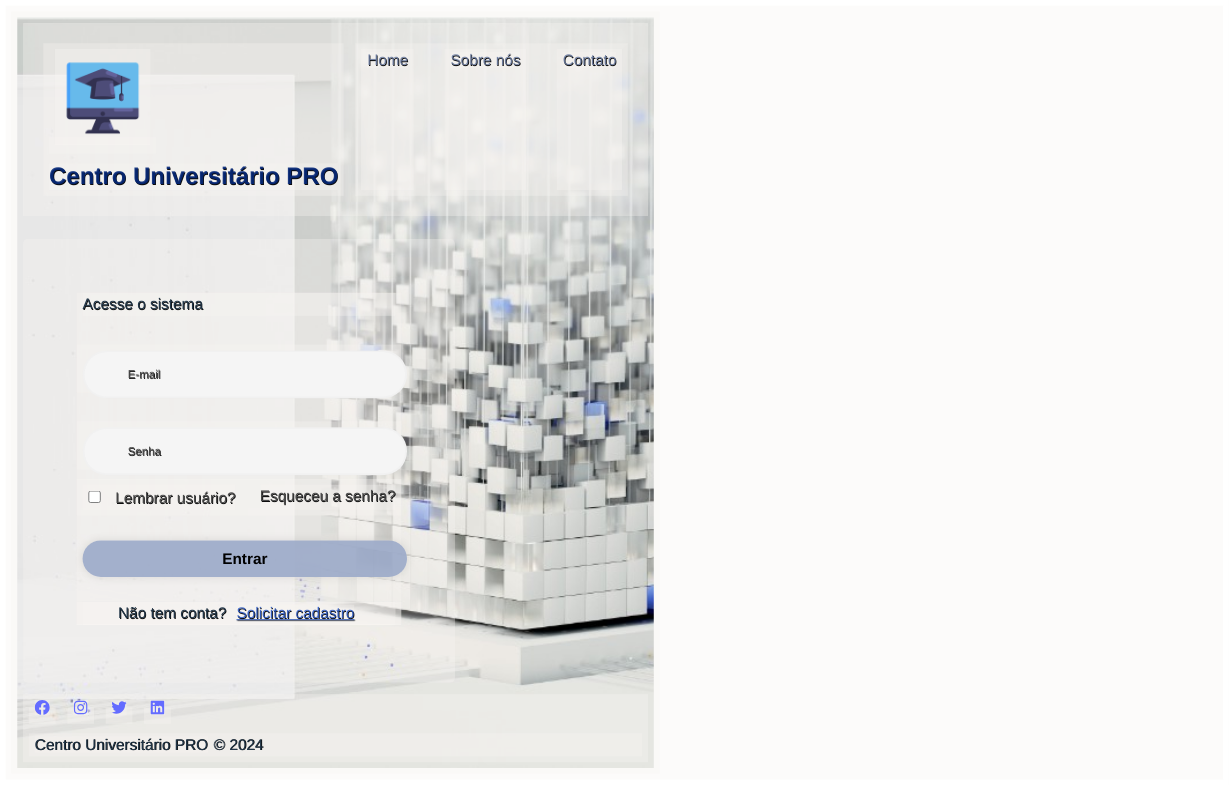
Repository: DanuziaRA/Cadastros-de-Usuarios
Page: /
The author's editor kept a copy of each file at every save. The page is drawn from the files as they stood at one save, then again after a run of saves.
The browser window is 1280 px wide. The pictures show the whole page, at 96% of full size.
The project was rebuilt for these pictures with package versions that can differ from the ones it lists, and the page was loaded fresh each time. Also part of the build but not shown: vite.config.js, src/components/Footer.css, src/router/Contact.jsx, src/router/ErrorPage.jsx, src/router/ContactDetails.jsx, src/router/Company.jsx, src/router/Forget.jsx, src/router/Cadastro.jsx.

Above is the page before, as saved 2024-10-01 12:47:23.

After the next 2 saves:
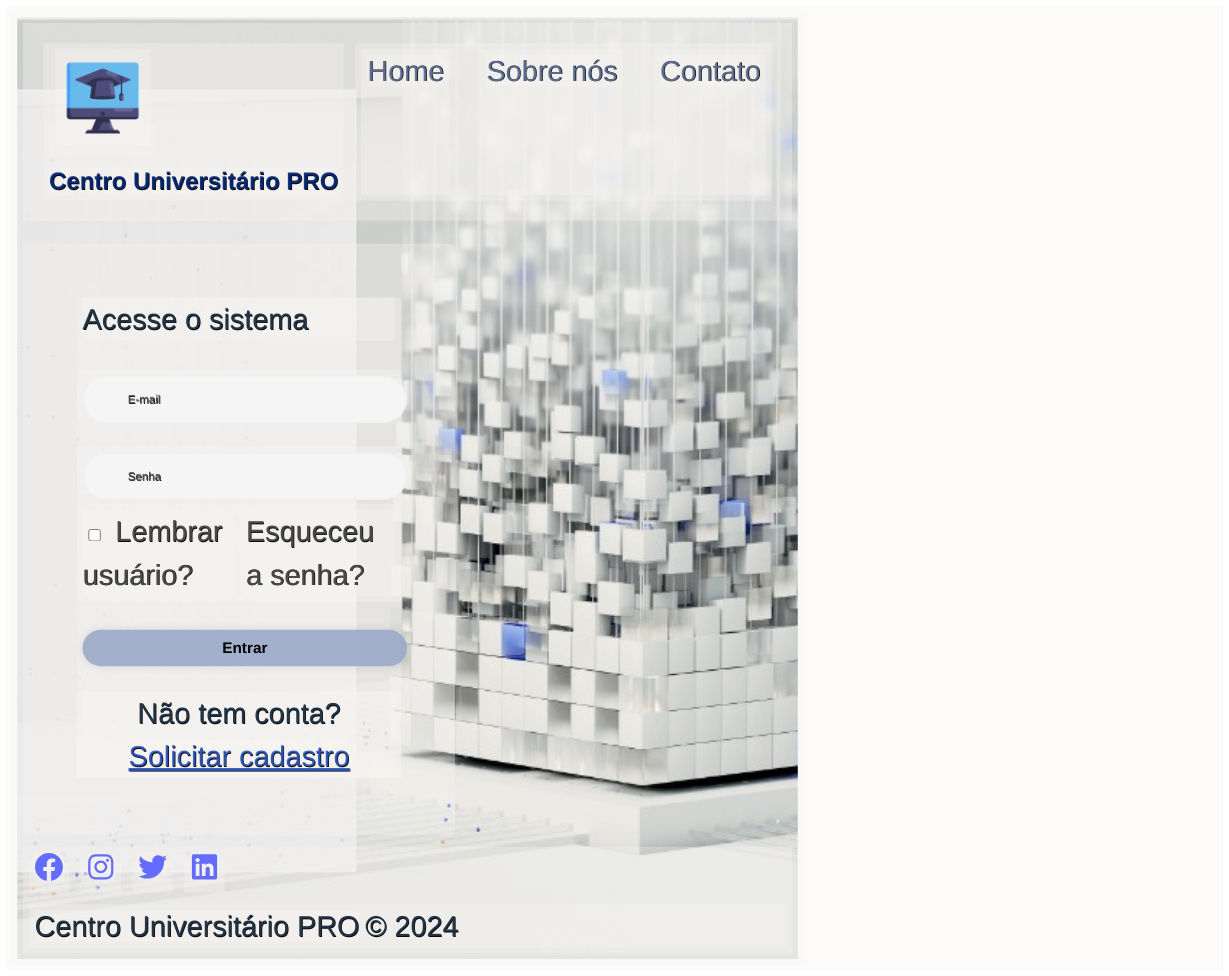
The 2 saves are shown as one change because they came seconds apart.
The last was saved 20 s later.
--- a/src/App.css
+++ b/src/App.css
@@ -3,7 +3,7 @@
   margin: 6px;
   padding: 0px;
   font-family: Helvetica;
-  font-size: 16px;
+  font-size: 30px;
   text-shadow: #0d0d0d 0.7px 0.7px;
   background-color:rgba(246, 243, 241, 0.342);
 }
